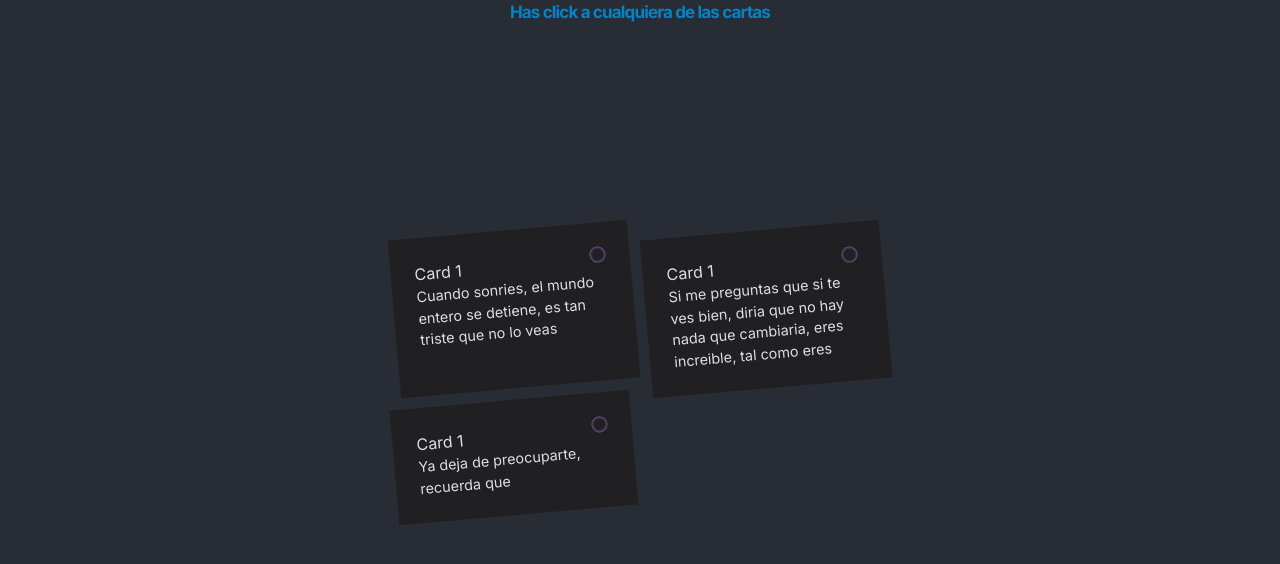
Repository: devsecops-node/simple-play
Page: /recomendations
An editor plug-in stored every save of this project. The page is shown before and after the next save, followed by the edit.
The browser window is 1280 px wide. The pictures show the whole page.
The project was rebuilt for these pictures with package versions that can differ from the ones it lists, and the page was loaded fresh each time. The framework's server and built-in components were replaced by stand-ins that run in the browser. Also part of the build but not shown: next.config.mjs.

Above is the page before, as saved 2024-06-21 17:39:51.

### src/app/recomendations/page.tsx
import React from 'react'
import Container from '../_components/Container'
import { RecomendationUI } from '../_components/RecomendationsSearch'
import Card from '../_components/Card'
import styles from "../_styles/cards.module.css"

export interface RecomendationUI2 {
  id: number
  recomenda: string
}

const page = () => {
  const recom: RecomendationUI2[] = [
    { id: 1, recomenda: 'Cuando sonries, el mundo entero se detiene, es tan triste que no lo veas' },
    { id: 1, recomenda: 'Si me preguntas que si te ves bien, diria que no hay nada que cambiaria, eres increible, tal como eres' },
    { id: 1, recomenda: 'Ya deja de preocuparte, recuerda que' }]
  return (
    <Container>
      <h1 className='tracking-tighter text-sky-600 font-bold text-[17px]'>Has click a cualquiera de las cartas</h1>
      <div className={styles.container}>
        <div className={styles.cards}>
          {recom.map((dat) => (
            <Card key={dat.id} recomenda={dat} />
          ))}
        </div>
      </div>
    </Container>
  )
}

export default page

### src/app/globals.css
@tailwind base;
@tailwind components;
@tailwind utilities;

:root {
  --foreground-rgb: 0, 0, 0;
  --background-start-rgb: 214, 219, 220;
  --background-end-rgb: 255, 255, 255;
}

@media (prefers-color-scheme: dark) {
  :root {
    --foreground-rgb: 255, 255, 255;
    --background-start-rgb: 0, 0, 0;
    --background-end-rgb: 0, 0, 0;
  }
}

body {
  color: rgb(var(--foreground-rgb));
  background: linear-gradient(to bottom,
      transparent,
      rgb(var(--background-end-rgb))) rgb(var(--background-start-rgb));
}

@layer utilities {
  .text-balance {
    text-wrap: balance;
  }
}

input {
  color: black;
  padding: 3px 5px;
  border-radius: 0.125rem;
  -webkit-border-radius: 0.125rem;
  -moz-border-radius: 0.125rem;
  -ms-border-radius: 0.125rem;
  -o-border-radius: 0.125rem;
  font-size: 15px;
  border: none;
}

input[type=text]:focus {
  outline: 2px solid #0284c7;
}
/* Resource for Card */

### src/app/_components/Container.tsx
import React from 'react'

const Container = ({ children }: { children: React.ReactNode }) => {
  return (
    <div className='bg-[#282c34] h-screen text-white flex flex-col items-center justify-center'>
      {children}
    </div>
  )
}

export default Container

### src/app/_components/Card.tsx
import React from 'react'
import styles from "../_styles/cards.module.css"
import { RecomendationUI2 } from '../recomendations/page'

// h-[120px] w-[200px] cursor-pointer p-4 rounded-md bg-white shadow-md text-black transition-all duration-150 hover:scale-105
const Card = ({recomenda}:{recomenda:RecomendationUI2}) => {
  return (
    <div className={styles.card}>
      <h2 className={styles.card_title}>Card 1</h2>
      <p className={styles.description}>{recomenda.recomenda}</p>
    </div>
  )
}

export default Card

### src/app/_styles/cards.module.css

.container {
  height: 100%;
  width: 100%;
  padding: 1rem 0;
  display: grid;
  place-content: center;

  .cards {
    display: grid;
    grid-template-columns: repeat(2, 1fr);
    gap: 0.75rem;
    pointer-events: none;
  }

  .card {
    max-width: 15rem;
    color: #ffffffda;
    padding: 1.5rem;
    background-color: #202022;

    pointer-events: auto;

    transform: scale(1);
    opacity: 1;
    transition: all 150ms ease-in-out;

    display: flex;
    flex-direction: column;

    .card_title{
      position: relative;

      &::before {
        content: "";
        height: 1rem;
        width: 1rem;
        border-radius: 50%;
        box-shadow: inset 0 0 3px #bb86fc;
        background-color: transparent;

        position: absolute;
        right: 0;
      }
    }

    .date {
      color: #bb86fc;
      font-size: 0.85rem;
      margin-bottom: 1.5rem;
    }

    .description {
      font-size: 0.9rem;
    }

    &:nth-child(even) {
      transform: translateY(8px);
    }

    &:nth-child(n) {
      transform: rotate(-5deg);
    }
  }
}

.cards:hover > .card:hover {
  transform: scale(1.15);
  box-shadow: 0 0 10px rgba(0,0,0,0.5);
  z-index: 10;
}
.cards:hover > .card:not(:hover) {
  opacity: 0.5;
}

Loaded but not shown: src/app/layout.tsx (common file); tailwind.config.ts (common file)

After the next save:
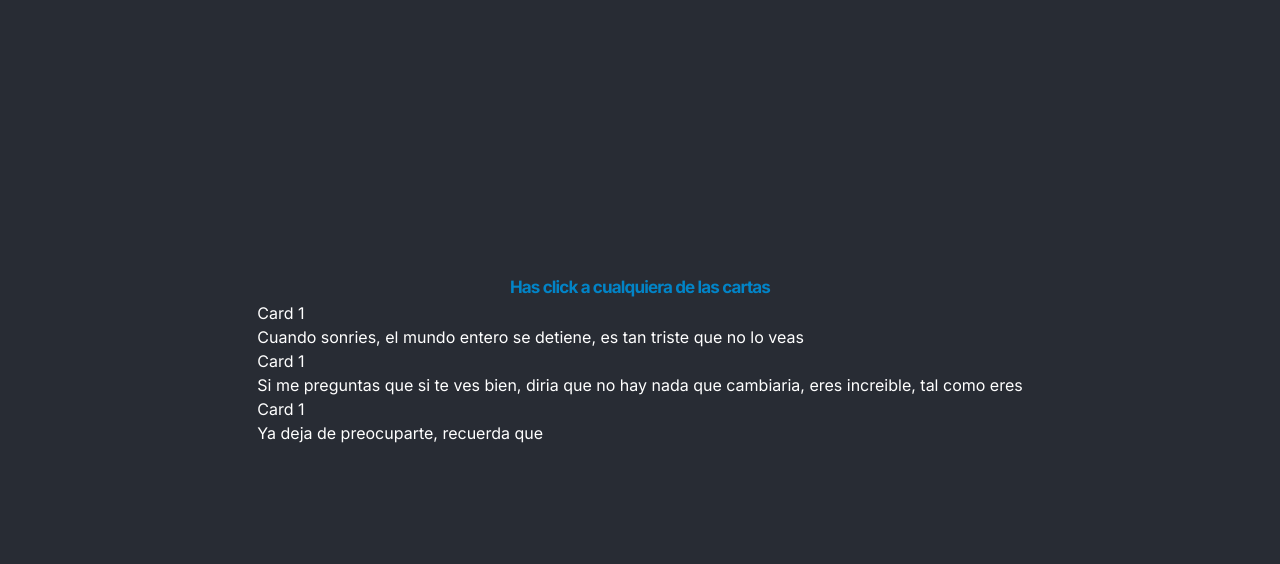
Saved 23 s later.
--- a/src/app/recomendations/page.tsx
+++ b/src/app/recomendations/page.tsx
@@ -17,7 +17,7 @@
   return (
     <Container>
       <h1 className='tracking-tighter text-sky-600 font-bold text-[17px]'>Has click a cualquiera de las cartas</h1>
-      <div className={styles.container}>
+      <div>
         <div className={styles.cards}>
           {recom.map((dat) => (
             <Card key={dat.id} recomenda={dat} />

After the save that followed:
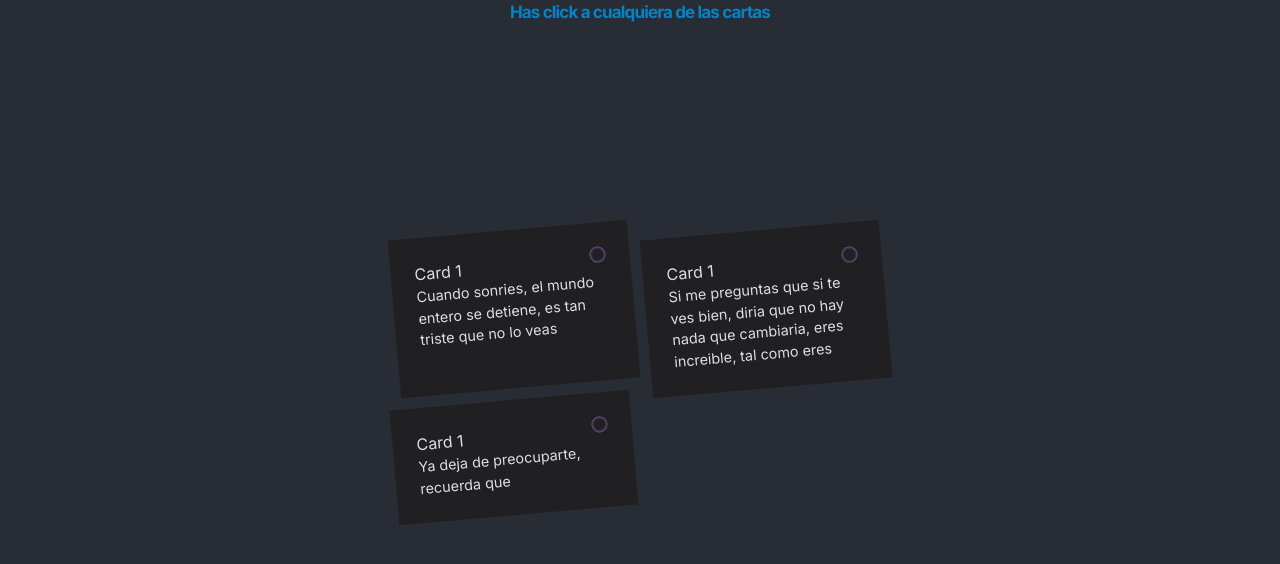
Saved 13 s later.
--- a/src/app/recomendations/page.tsx
+++ b/src/app/recomendations/page.tsx
@@ -17,7 +17,7 @@
   return (
     <Container>
       <h1 className='tracking-tighter text-sky-600 font-bold text-[17px]'>Has click a cualquiera de las cartas</h1>
-      <div>
+      <div className={styles.container}>
         <div className={styles.cards}>
           {recom.map((dat) => (
             <Card key={dat.id} recomenda={dat} />
